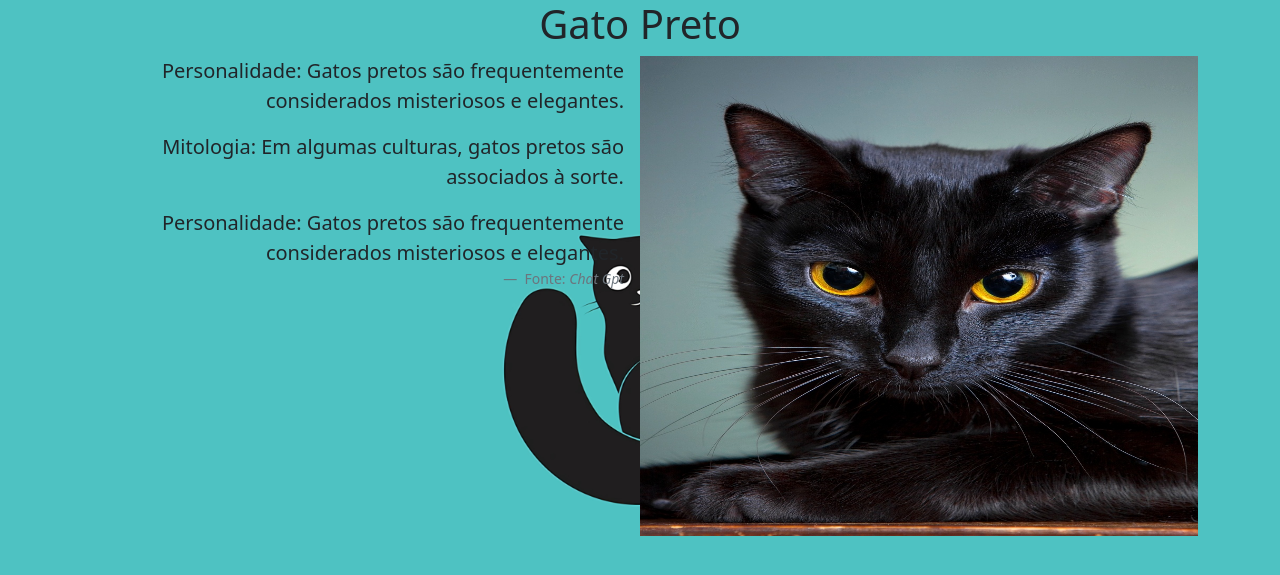
Repository: SktYzu/gatitu
Page: index.html
An editor plug-in stored every save of this project. The page is shown before and after the next save, followed by the edit.
The browser window is 1280 px wide. The pictures show the whole page.

Above is the page before, as saved 2023-11-27 15:18:23.

After the next save:
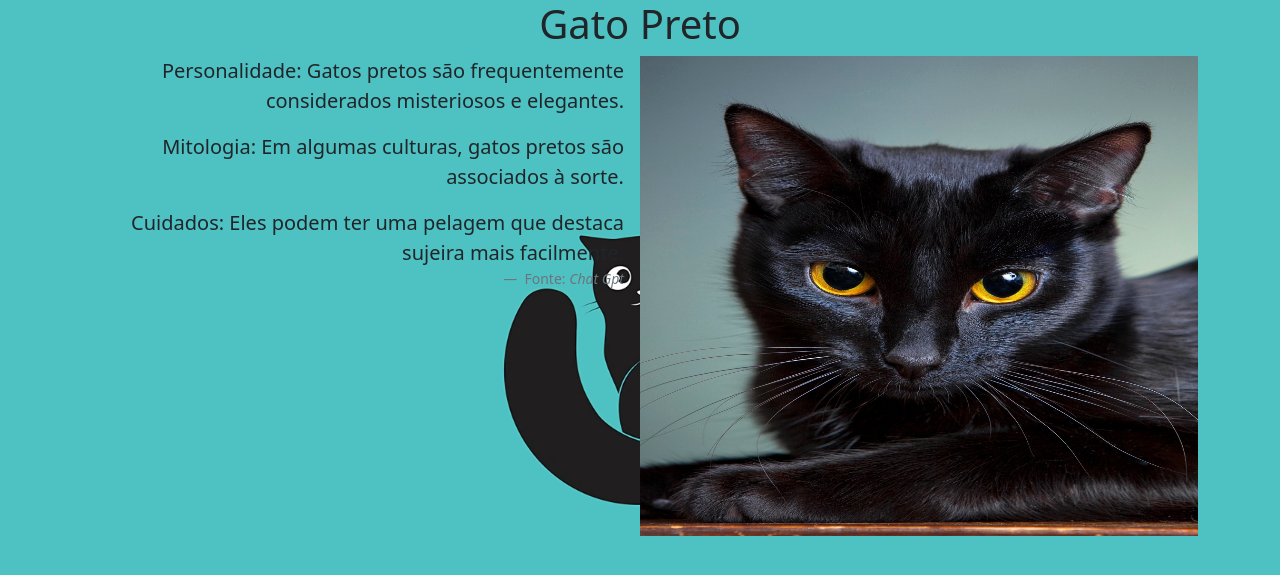
Saved 21 s later.
--- a/index.html
+++ b/index.html
@@ -33,7 +33,7 @@
                     <p>Mitologia: Em algumas culturas, gatos pretos são associados à sorte.</p>
                 </blockquote>
                 <blockquote class="blockquote">
-                    <p>Personalidade: Gatos pretos são frequentemente considerados misteriosos e elegantes.</p>
+                    <p>Cuidados: Eles podem ter uma pelagem que destaca sujeira mais facilmente.</p>
                 </blockquote>
                 <figcaption class="blockquote-footer">
                     Fonte: <cite title="Chat Gpt">Chat Gpt</cite>
